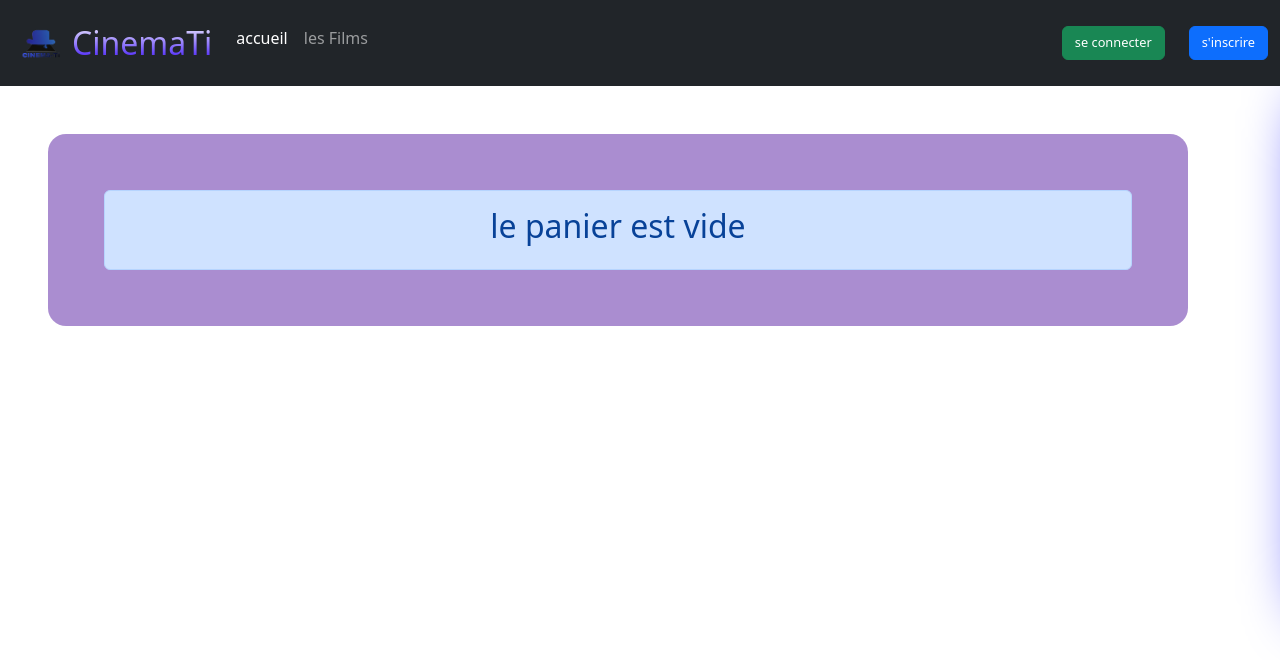
Repository: ahmed-rabah/cinemaMiniProject
Page: http://localhost/finaliserCommande.php
The author's editor kept a copy of each file at every save. The page is drawn from the files as they stood at one save, then again after the next save.
The browser window is 1280 px wide. The pictures show the whole page.
The page is run by PHP 8.4 with error messages shown; the project is at /var/www/html/. Other server files are loaded and not shown.

Above is the page before, as saved 2023-01-12 21:03:27.
Console error: TypeError: Cannot read properties of null (reading 'addEventListener')

### finaliserCommande.php
<?php
 session_start();
 $isEmptyCart = empty($_SESSION['panier']);
?>
<!DOCTYPE html>
<html lang="en">
<head>
    <meta charset="UTF-8">
    <meta http-equiv="X-UA-Compatible" content="IE=edge">
    <meta name="viewport" content="width=device-width, initial-scale=1.0">
    <link rel="stylesheet" href="node_modules/bootstrap/dist/css/bootstrap.min.css">
    <link rel="stylesheet" href="./css/style.css">
    <link rel="stylesheet" href="https://unicons.iconscout.com/release/v4.0.0/css/line.css">
    <link rel="icon" href="./logoCinema.png">
    <title>CinemaTi</title>
</head>
<body>

        <?php include './header.php'; ?>

    <main class="container centered-2" id="container">
        <?php if(!$isEmptyCart){ ?>
        <section class="" id="cartContainer"></section>
        <div class="alert alert-primary m-2 text-center" role="alert">
            <h2>prix total <span class="badge bg-success" id="totalPrice">200</span> DH</h2>
        </div>
        <form action="./functions/finaliserCommande.php" method="post" class=" rounded bg-light mt-1 mx-2 py-2 px-5">
            <h3 class="pb-0 mb-0">finaliser la commande</h3>
            <div class="d-flex justify-content-around align-items-center mb-3 ">

                <div class="form-group">
                    <label for="cardNumber" class="form-label mt-4">numero de carte bancaire</label>
                    <input type="text" class="form-control" id="cardNumber" aria-describedby="numberMsg" placeholder="Enter numero de carte bancaire">
                </div>
                <div class="form-group">
                    <label for="cardType" class="form-label mt-4">Example select</label>
                    <select class="form-select" id="cardType">
                        <?php
                        $cardTypes = ['Visa','Mastercard','American Express','Discover','Diners Club','JCB','UnionPay','Maestro'];
                        foreach ($cardTypes as $cardType) {
                           echo '<option value="'.$cardType.'">'.$cardType.'</option>';
                        }
                        ?>
                    </select>
                </div>
                <div class="form-group pt-5"><button type="submit" class="btn btn-success text-white"><strong>acheter</strong></button></div>
            </div>
        </form>
    <?php }else{
        echo '<div class="alert alert-primary m-2 text-center" role="alert">
        <h2>le panier est vide</h2>
    </div>';
    } ?>
    </main>

    <div class="absoluteCart m-2 p-1"></div>

    <script src="node_modules/jquery/dist/jquery.slim.min.js"></script>
    <script src="node_modules/bootstrap/dist/js/bootstrap.bundle.min.js"></script>
    <script src="./javascript/panie.js"></script>
</body>
</html>

### header.php
<?php
    require_once './functions/database.php';

    function getAllgenres($pdo){
      $req = $pdo->query('SELECT * from genre');
      $rows = $req->fetchAll(PDO::FETCH_ASSOC);
      foreach ($rows as $row) {
        $genres[] = $row ;
      }

      return $genres;
    }
?>
<header  class=" sticky-top">

  <nav class="navbar navbar-expand-lg navbar-dark bg-dark">

    <div class="container-fluid">
      <a class="navbar-brand d-flex cine-name" href="./index.php">
        <img src="./logoCinema.png" width="60" height="60" class="d-inline-block align-top rounded-circle" alt="">
        <h2 class="mt-2 gradiant-bg">CinemaTi</h2>
      </a>
      <button class="navbar-toggler" type="button" data-bs-toggle="collapse" data-bs-target="#navbarColor01" aria-controls="navbarColor01" aria-expanded="false" aria-label="Toggle navigation">
        <span class="navbar-toggler-icon"></span>
      </button>
      <div class="collapse navbar-collapse justify-content-between" id="navbarColor01">
        <ul class="navbar-nav">
          <li class="nav-item">
            <a class="nav-link active" href="./index.php" id="accueil"><h6>accueil</h6>
            <span class="visually-hidden">(current)</span>
          </a>
        </li>
        <li class="nav-item">
          <a class="nav-link" href="./movies.php"  id="movies"><h6>les Films</h6></a>
        </li>
        <!--     <li class="nav-item">
          <a class="nav-link" href="./movies.php" ><h6>les salles de projection</h6></a>
        </li>
        <li class="nav-item">
          <a class="nav-link" href="./contact.php"><h6>Contact</h6></a>
        </li> -->
      </ul>
      <?php
      if(!isset($_SESSION['user_id'])){
        ?>

<ul class="nav navbar" id="non-connected">
  <li><a href="./signIn.php" class="btn btn-success me-2 font-size">se connecter</a></li>
  <li><a href="./signup.php" class="btn btn-primary ms-3 font-size">s'inscrire</a></li>
</ul>
<?php }
if(isset($_SESSION['user_id'])){ ?>
    <ul class="nav navbar" id="connected">
      <li><button class="btn btn-light me-2" id="panier"><span class="font-size"><i class="uil uil-shopping-cart-alt ">panier d'achat</i></span></button></li>
      <li><a href="./dashboard.php" class="btn btn-primary ms-3 "><span class="font-size"><i class="uil uil-user-circle"></i>votre compte</span></a></li>
      <li><a href="./logout.php" class="btn btn-danger ms-3 "><span class="font-size"><i class="uil uil-signout"></i>deconnexion</span></a></li>
    </ul>
    <?php } ?>
  </div>
</div>
</nav>
</header>

### functions/database.php
<?php
try {
    $database="moviedb";
    $user="root";
    $password="";
    $pdo = new PDO("mysql:host=localhost;dbname=$database",$user,$password);
    // echo "Success: Connected to the database.";
  } catch(PDOException $e) {
    die("Error: Could not connect to the database.");
  }

### functions/panier.php
<?php


if($_SERVER['REQUEST_METHOD'] == 'GET'){
    session_start();
    if(isset($_SESSION['user_id']) && !empty( $_SESSION['panier'])){
        $panier = $_SESSION['panier'];
        if(isset($_GET['total']) && $_GET['total']=="oui"){
            $totalPrice=0;
            foreach ($panier as  $value) {
               $totalPrice+=$value['prix'];
            }
            exit($totalPrice);
        }
        require_once './database.php';
        $productsInfos=[];
        foreach ($panier as $product) {
            $idprogramme = $product['idProgramme'];
            $req = "SELECT  p.idProgramme ,g.libelle,f.titre,p.date_projection,f.photo , p.heure_debut, p.ticketsDisponible, p.prix_unitaire FROM programme as p, film as f , genre as g WHERE p.idFilm= f.idFilm AND p.idProgramme =$idprogramme AND g.idGenre = f.idGenre";
            $requete = $pdo->query($req);
            $resultat = $requete->fetch(PDO::FETCH_ASSOC);
            array_push($product,$resultat);
            if(isset($_GET['item']) && $_GET['item'] ==$idprogramme ){
                exit(json_encode($product));
            }
            array_push($productsInfos,$product);
        }
        if(isset($_GET['item'])){
            exit(json_encode(false));
        }
        exit(json_encode($productsInfos));


        // require_once './database.php';
        // $idUser = $_GET['idUser'];
        // $req = "SELECT pro.id_produit ,pro.nombre_places , pro.prix , p.date_projection ,p.heure_debut , p.prix_unitaire , g.libelle , f.titre,f.photo FROM produit as pro, programme as p , film as f ,genre as g WHERE pro.id_user=$idUser AND p.idFilm=f.idFilm AND pro.id_programme=p.idProgramme AND g.idGenre =f.idGenre";
        // $query = $pdo->query($req);
        // $resultat = $query->fetchAll(PDO::FETCH_ASSOC);
    }else{
        exit(json_encode(false));
    }
}

### css/style.css

::-webkit-scrollbar{
    width : 1rem;
}
::-webkit-scrollbar-track{
    background-color: black;
}
::-webkit-scrollbar-thumb{
    background-color: #2d00f7a1;
    border-radius: 100vw;
}
::-webkit-scrollbar-thumb:hover{
    background-color:white;
}

html{
    scroll-behavior: smooth;
}


.centered{
    position: absolute;
    top: 50%;
    left: 50%;
    transform: translate(-50%, -50%);
}
/* .centered-2{
    position: absolute;
    margin-top: 20em;
    top: 50%;
    left: 50%;
    transform: translate(-50%, -50%);
} */
.logo-picture{
    width: 100px; height :100px;
}
/*
.cine-name{
    background-image : linear-gradient(to top,#89f90a 20% , #02fa54 100%) ;
    border-radius : 10px;
    padding-right: 4px;
} */
.font-size{
    font-size: 0.8em;
}
/* .account{
    font-size: 1.2em
} */
.gradiant-bg{
    background-color: #5577ff;
    background-image : linear-gradient(to top,#2d00f7 0% , #ffffff 100%) ;
    background-clip: text;
    -webkit-background-clip: text;
    -moz-background-clip: text;
    -webkit-text-fill-color: transparent;
    -moz-text-fill-color: transparent;
    background-size: 100%;
    display : flex  ;
    align-items: center ;
    cursor : pointer ;
    text-decoration: none;
}

.grid{
    display: grid;
    grid-template-columns:auto auto auto ;
}

.absolute-alert{
    background-color: rgba(255,255,255,0.5);
    width: 100vw;
    height: 100vh;
    position: fixed ;
    top: 0;
    left: 0;
    z-index: 100 ;
    text-align :center;
    display :grid ;
    place-items: center ;

}
.absoluteCart{
    position: fixed;
    top: 6em;
    right: 0;
    width: 400px;
    height: 70%;
    background: #3d5f89;
    border-radius: 12px;
    box-shadow: 0 0 4em blue;
    display: grid;
    grid-template-columns: auto;
    justify-content: center;
    transition: all 0.3s linear ;
    transform: translate(110%);
    overflow-y: auto;
    }
    .show-cart {
    transform: translate(0);
    }
    .finaliserBtn{
        position: sticky;
        top: 0;
        z-index: 100;
        margin-bottom: 1em;
        height: 50px;
    }
    .inner-grid{
        display: grid ;
    grid-template-columns:30% 70% ;
    border-bottom:  1px solid black ;
    margin: 0.4em 0;
    }
    .grid{
        display: grid ;
    grid-template-columns:30% 70% ;
    }
    @media screen and (max-width:1048px) {
        .grid{
        display: grid ;
    grid-template-columns:20% 80% ;
    }
}

#cartContainer{
    display : grid;
    grid-template-columns: 1fr 1fr;
    gap: 1em;
}
.container{
    margin: 3em;
    padding: 3em;
    background-color : #46089875 ;
    border-radius: 18px;

}
@media screen and (max-width:700px) {
    #cartContainer{
    grid-template-columns:auto ;
    }

}

### javascript/panie.js
let panierBtn = document.getElementById('panier');
let deleteProductBtn = document.getElementById('deleteproduct');
let updateProductBtn = document.getElementById('updateproduct');
let addProductBtn =  document.getElementById('addProduct');
let cartContainer = document.getElementById('cartContainer');

// window.addEventListener('DOMContentLoaded',()=>{
//     getUserPanier("container").then(data=>{
//             cartContainer.innerHTML = data;
//         })
// })
window.addEventListener('load',()=>{
    setTotalPrice()
})
function addProduct(id){
    addProduit(id).then(response=>{
        let added = response.added;
        let reponse = response.response;
        let connected = response.connected;
       let msg="";
        if(!connected) {
            reponse+='<strong><a href="./signin.php">Se connecter</a></strong>';
        }
        if(!added){
            msg=`<div class="alert alert-warning alert-dismissible fade show" role="alert" id="myAlert">
            ${reponse}
            <button type="button" class="btn-close" data-bs-dismiss="alert" aria-label="Close"></button>
          </div>`;
        }else{
            msg=`<div class="alert alert-success alert-dismissible fade show" role="alert" id="myAlert">
            ${reponse}
            <button type="button" class="btn-close" data-bs-dismiss="alert" aria-label="Close"></button>
          </div>`;
        }
        let body = document.querySelector('body');
        body.insertAdjacentHTML('beforeend',`<div class="absolute-alert">${msg}</div>`);
        let theAlert = document.querySelector('.absolute-alert');
        theAlert.addEventListener('click',function(e){
            if(e.target.classList.contains('absolute-alert')){
            theAlert.outerHTML="";
        }})
        let myAlert = document.getElementById('myAlert')
            myAlert.addEventListener('close.bs.alert', () => {
                theAlert.outerHTML="";
            })

        // setTimeout(() => {theAlert.outerHTML="";},10000);
    })

    // console.log(id);
}
panierBtn.addEventListener('click', () => {
    userCart()
    let cart = document.querySelector('.absoluteCart');
    cart.classList.toggle('show-cart');
})

async function deleteproductFromCart(product){
    let request = await fetch("./functions/deleteUserProduct.php?idProgramme="+product);
    let response = await request.json();
    let deleted = response.deleted;
    let reponse = response.response;
    let connected = response.connected;
    let msg="";
    let cartItem = document.getElementById('cart'+product);
    if(!connected) {
        reponse+='<strong><a href="./signin.php">Se connecter</a></strong>';
    }
    if(!deleted){
        msg=`<div class="alert alert-warning alert-dismissible fade show" role="alert" id="myAlert">
        ${reponse}
        <button type="button" class="btn-close" data-bs-dismiss="alert" aria-label="Close"></button>
      </div>`;
      cartItem.insertAdjacentHTML('beforebegin',msg);
    }else{
        msg=`<div class="alert alert-success alert-dismissible fade show" role="alert" id="myAlert">
        ${reponse}
        <button type="button" class="btn-close" data-bs-dismiss="alert" aria-label="Close"></button>
      </div>`;
      cartItem.outerHTML=msg;
      setTotalPrice()
    }
    // let cart = document.querySelector('.absoluteCart');

}
async function updateproductCart(product,status){
    let request = await fetch("./functions/updateUserProduct.php?idProgramme="+product+"&status="+status);
    let response = await request.json();
    let updated = response.updated;
    let reponse = response.response;
    let connected = response.connected;
    let msg="";
    let cartItem = document.getElementById('cart'+product);
    if(!connected) {
        reponse+='<strong><a href="./signin.php">Se connecter</a></strong>';
    }
    if(connected && updated === false){
        msg=`<div class="alert alert-danger alert-dismissible fade show" role="alert" id="myAlert">
        ${reponse}
        <button type="button" class="btn-close" data-bs-dismiss="alert" aria-label="Close"></button>
      </div>`;
    }else{
        msg=`<div class="alert alert-success alert-dismissible fade show" role="alert" id="myAlert">
        ${reponse}
        <button type="button" class="btn-close" data-bs-dismiss="alert" aria-label="Close"></button>
        </div>`;
        getCartItem(product).then(result => {
            cartItem.insertAdjacentHTML('beforebegin',msg);
            cartItem.outerHTML = result ;

        })
        setTotalPrice();
    }
    // let body = document.querySelector('body');
    // body.insertAdjacentHTML('beforeend',`<div class="absolute-alert">${msg}</div>`);
    // let theAlert = document.querySelector('.absolute-alert');
    // theAlert.addEventListener('click',function(e){
    //     if(e.target.classList.contains('absolute-alert')){
    //     theAlert.outerHTML="";
    // }})
    // let myAlert = document.getElementById('myAlert')
    //     myAlert.addEventListener('close.bs.alert', () => {
    //         theAlert.outerHTML="";
    //     })

    // setTimeout(() => {theAlert.outerHTML="";},10000);

}

function userCart(){
    getUserPanier().then(data=>{
        console.log(data);
        let cartDiv = document.querySelector('.absoluteCart');
        cartDiv.innerHTML=data;
        let Final = document.createElement('a');
        Final.setAttribute('href',"./finaliserCommande.php");
        Final.className="btn btn-primary w-100  finaliserBtn";
        Final.innerHTML="finaliser la commande";
        cartDiv.prepend(Final);
    })

}

async function getCartItem(item){
    let request = await fetch('./functions/panier.php?item='+item);
    let response = await request.json();
    let msg="";
    if(response === false){
        msg =`<div class="alert alert-primary h-25" role="alert">
        le panier est vide
        </div>`;
    }else{
        msg=cartItemInfos(response);
         }

    return msg;
}
async function getTotalPrice(){
    let request = await fetch('./functions/panier.php?total=oui');
    let response =request.text();
    return response;
}
function setTotalPrice(){

getTotalPrice().then((totalPrice)=>{
    // console.log(totalPrice);
    let totalPriceField = document.getElementById('totalPrice');
    totalPriceField.innerHTML = totalPrice;
})

}
async function getUserPanier(){
    let request = await fetch('./functions/panier.php');
    let response = await request.json();
    let msg="";
    if(response === false){
        msg =`<div class="alert alert-primary h-25" role="alert">
        le panier est vide
            </div>`;
    }else{
        response.forEach(produit => {
            msg+=cartItemInfos(produit);
        });
    }

    return msg;
}

async function addProduit(programme){
    let request = await fetch('./functions/addproduct.php?idProgramme='+programme);
    let response = await request.json();
    return response;
}

function cartItemInfos(produit){
        return `<div class="card border-primary  mb-2 w-100"  id="cart${produit.idProgramme}">
        <div class="card-header"><h4>${produit[0].titre}</h4></div>
        <div class="card-body  text-dark">
        <div class="d-flex justify-content-center">
        <img src="${produit[0].photo}" width="60px" height="66px">
        <div class="ms-1">
        <p class="card-title  m-0 fw-normal">le <strong>${produit[0].date_projection}</strong> à <strong>${produit[0].heure_debut}</strong></p>
        <p class="card-text m-0 fw-normal">prix_unitaire :<strong> ${produit[0].prix_unitaire} DH</strong></p>
        <p class="card-text m-0 fw-normal">tickets disponible :<strong> ${produit[0].ticketsDisponible}</strong> ticket(s)</p>
        </div>
        </div>
        </div>
        <div class="card-footer d-flex justify-content-between align-items-center p-1">
        <div class="d-flex justify-content-center align-items-center">
        <h6 class="btn minus" onclick="updateproductCart(${produit.idProgramme},'minus')"><i class="uil uil-minus-circle fs-5 text-danger"></i></h6>
        <h6> ${produit.nbrPlace} </h6>
        <h6 class="btn plus" onclick="updateproductCart(${produit.idProgramme},'plus')"><i class="uil uil-plus-circle fs-5 text-success"></i></h6>
        </div>
        <h6>Total : ${produit.prix} DH</h6>
        <button class="btn btn-danger"  onclick="deleteproductFromCart(${produit.idProgramme})"><i class="uil uil-trash-alt"></i></button>
        </div>
        </div>`;
    }


    // window.addEventListener('load',()=>{
    //     let addBtns = document.querySelectorAll('.addToCart');
// console.log("begin");
// addBtns.forEach(addBtn=>{
// let programmeID  = addBtn.dataSet.programmeID;
// console.log("ok");
// console.log(programmeID);

// });
// console.log("ends");


/*
panierBtn.addEventListener('click',()=>{

    getUserPanier(1).then(panier=>{
        panier.forEach(produit => {
            console.log(produit);
        });
    })

});

// addProductBtn.addEventListener('click',()=>{
//     addProduct(programme).then(response=>{
    //         console.log(response);
    //     })
    // });

    deleteProductBtn.addEventListener('click',()=>{
        deleteproductFromCart(programme).then(response=>{
            console.log(response);
        })
});

updateProductBtn.addEventListener('click',()=>{
    let product =  document.getElementById('product').value;
    updateproductCart(product,nbr).then(response=>{
        console.log(response);
    })
});

*/
// })

After the next save:
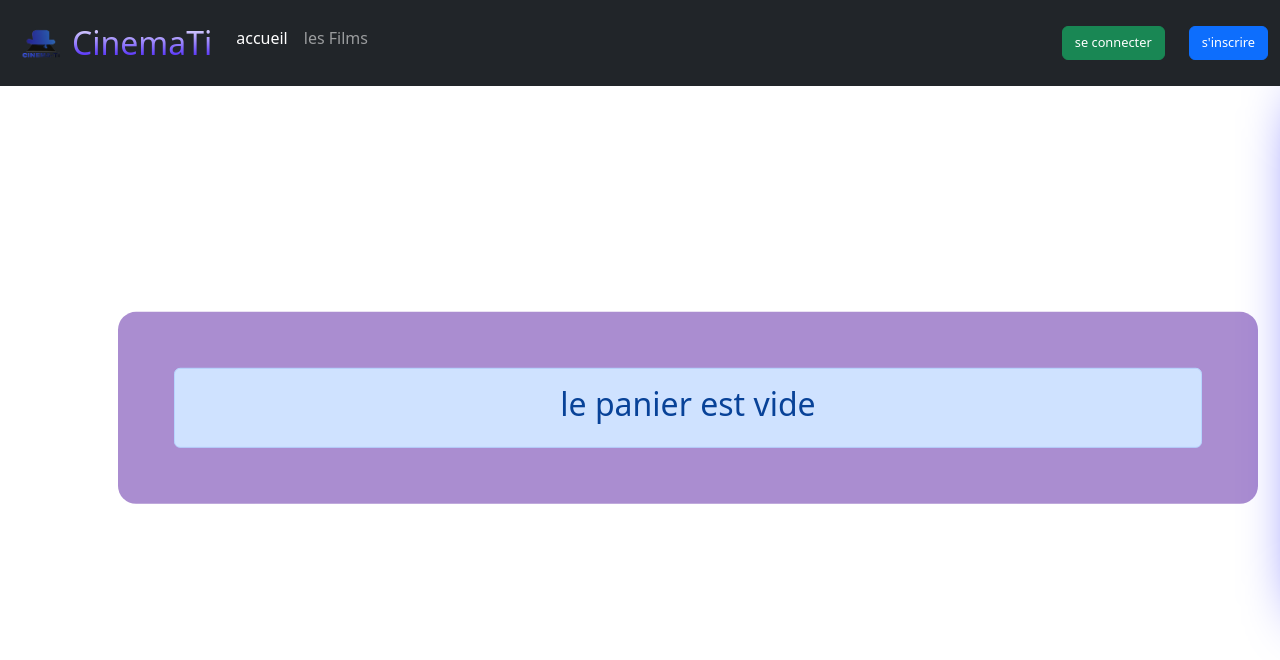
Saved 5 s later.
--- a/finaliserCommande.php
+++ b/finaliserCommande.php
@@ -18,7 +18,7 @@
 
         <?php include './header.php'; ?>
 
-    <main class="container centered-2" id="container">
+    <main class="container centered" id="container">
         <?php if(!$isEmptyCart){ ?>
         <section class="" id="cartContainer"></section>
         <div class="alert alert-primary m-2 text-center" role="alert">
